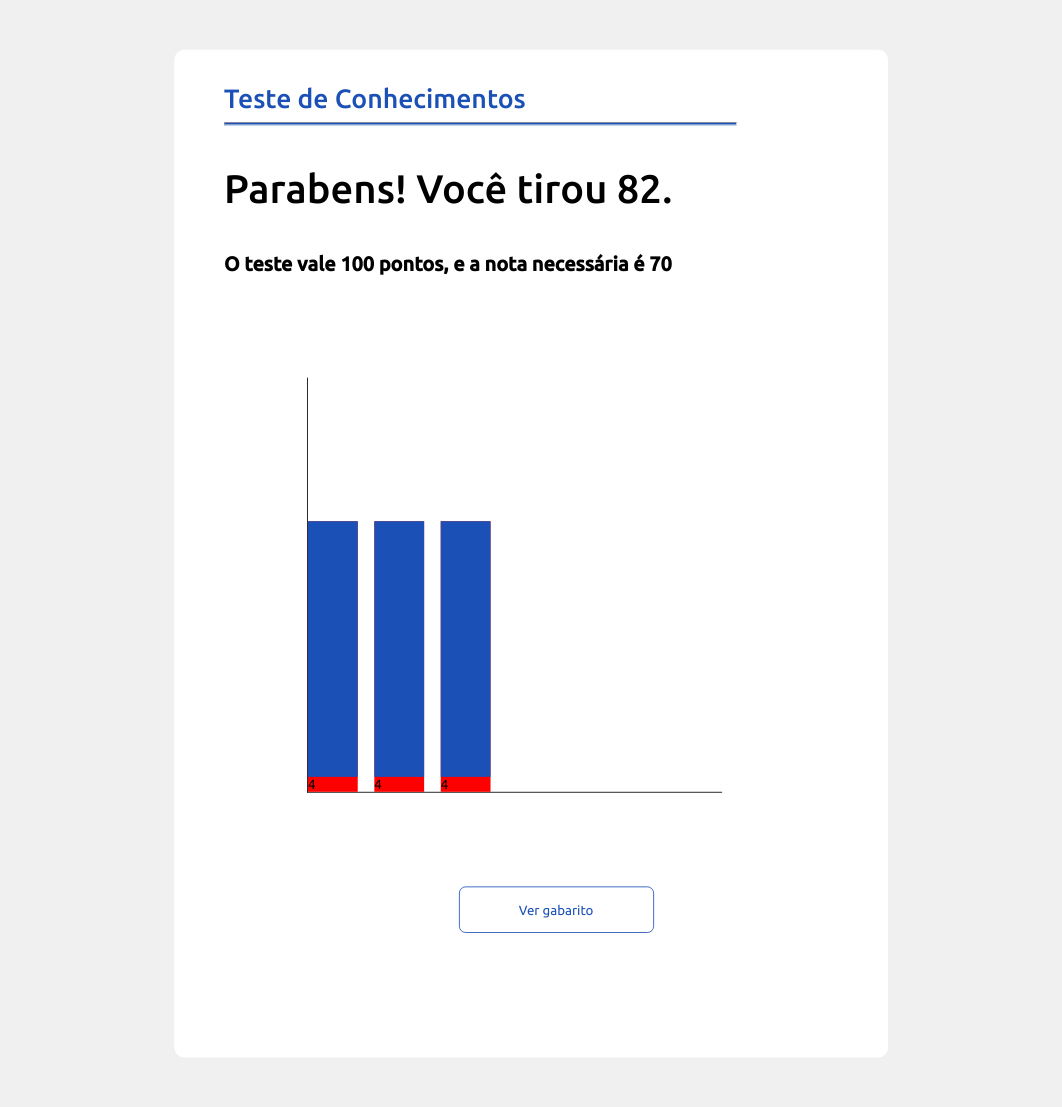
Repository: Delei09/desafioPerguntas
Page: /resultado (app in frontend/)
The author's editor kept a copy of each file at every save. The page is drawn from the files as they stood at one save, then again after the next save.
The browser window is 1280 px wide. The pictures show the whole page, at 83% of full size.
The project was rebuilt for these pictures with package versions that can differ from the ones it lists, and the page was loaded fresh each time. A package was used in the major version that the imports need, not the one package.json lists. Also part of the build but not shown: frontend/src/styles/home.scss, frontend/src/page/Home.tsx, frontend/src/styles/gabarito.scss, frontend/src/page/Gabarito.tsx.

Above is the page before, as saved 2021-08-19 08:38:31.

### frontend/public/index.html
<!DOCTYPE html>
<html lang="Pt-Br">
  <head>
    <meta charset="utf-8" />
    <meta name="viewport" content="width=device-width, initial-scale=1" />
    <meta name="theme-color" content="#000000" />
    <link rel="preconnect" href="https://fonts.googleapis.com">
    <link rel="preconnect" href="https://fonts.gstatic.com" crossorigin>
    <link href="https://fonts.googleapis.com/css2?family=Ubuntu:wght@400;500&display=swap" rel="stylesheet">

    <title>Desafio Inatel</title>
  </head>
  <body>
    <noscript>You need to enable JavaScript to run this app.</noscript>
    <div id="root"></div>
  </body>
</html>

### frontend/src/index.tsx
import React from 'react';
import ReactDOM from 'react-dom';
import App from './App';
import './styles/global.scss'

ReactDOM.render(
  <React.StrictMode>
    <App />
  </React.StrictMode>,
  document.getElementById('root')
);

### frontend/src/App.tsx
import Rotas from './Rotas';
import ContextPerguntas  from './contexto/PerguntasContext';
import {BrowserRouter } from 'react-router-dom'


const perguntasMatematica= [  {
  pergunta: 'Quanto é 2 + 2?',
  options: [
    "1",
    "2",
    "4",
  ],
  resposta: "4",
  id: 'p1',
},{
  pergunta: 'Quanto é 2 x 2?',
  options: [
    "0",
    "1",
    "4",
  ],
  resposta: "4",
  id: 'p2',
},{
  pergunta: 'Quanto é 10 x 10?',
  options: [
    "0",
    "10",
    "100",
  ],
  resposta: "100",
  id: 'p3',
},{
  pergunta: 'Quanto é 10 - 10?',
  options: [
    "0",
    "10",
    "100",
  ],
  resposta: "0",
  id: 'p4',
}]

const perguntasHistoria= [  {
  pergunta: 'Na mitologia grega, Ares é considerado o deus da?',
  options: [
    "Morte",
    "Guerra",
    "Familia",
  ],
  resposta: "Guerra",
  id: 'p1',
},{
  pergunta: 'Como é chamada a Conjuração Baiana?',
  options: [
    "Revolta dos Alfaiates",
    "Guerra da Cisplatina",
    "Balaiada",
  ],
  resposta: "Revolta dos Alfaiates",
  id: 'p2',
},{
  pergunta: 'Uma das grandes descobertas do período Paleolítico foi?',
  options: [
    "O fogo",
    "A roda",
    "O sedentarismo",
  ],
  resposta: "O fogo",
  id: 'p3',
},{
  pergunta: 'Evento que marca o inicio da Idade Antiga?',
  options: [
    "A invenção da escrita",
    "A descoberta do fogo",
    "A invenção da roda",
  ],
  resposta: "A invenção da escrita",
  id: 'p4',
}]


const perguntasGeografia= [  {
  pergunta: 'Qual é a capital do Acre?',
  options: [
    "Rio Branco",
    "Rio de janeiro",
    "Palmas",
  ],
  resposta: "Rio Branco",
  id: 'p1',
},{
  pergunta: 'O Brasil é de qual continente?',
  options: [
    "America do norte",
    "America do sul",
    "Europa",
  ],
  resposta: "America do sul",
  id: 'p2',
},{
  pergunta: 'Qual a capital da Guatemala?',
  options: [
    "Guatemala",
    "Lisboa",
    "Madagascar",
  ],
  resposta: "Guatemala",
  id: 'p3',
},{
  pergunta: 'Quantos países tem a América?',
  options: [
    "37",
    "50",
    "23",
  ],
  resposta: "37",
  id: 'p4',
}]

function App() {


  return (
    <div className="App">
      <BrowserRouter>
        <ContextPerguntas.Provider  value = { {perguntasMatematica, perguntasHistoria, perguntasGeografia } } >
            <Rotas />
      </ContextPerguntas.Provider>
      </BrowserRouter>

    </div>
  );
}

export default App;

### frontend/src/styles/global.scss
*{
 margin:0;
 padding:0;
 box-sizing: border-box;
 text-decoration: none;
}
body{
 font-family: 'Ubuntu', sans-serif;
 background: #F0F0F0;

}
.App{
 padding-left: 60px ;
 padding-top: 40px;
 background: #FFFFFF;
 max-width: 860px;
 height: 100%;
 min-height: 500px;
 border-radius: 12px;
 margin:60px auto;
}


input[type='radio'] {
all: unset;
content: '';
position: relative;
padding:0px 5px;
background-color: white;
border: solid #222222 3px;
margin-right: 5px;

}
input[type='radio']:checked {
 content: 's';
 color: white;
background-origin: border-box;
 background-image: url('../img/backgroundRadio.png');
 background-position: center;
 background-repeat: space;
 background-size: 18px;


 }

### frontend/src/Rotas.tsx
import React from 'react';
import { useState } from 'react';
import Home from './page/Home';
import { Route, Switch  } from 'react-router-dom'
import Resultado from './page/Resultado';
import Gabarito from './page/Gabarito';
import ContextResposta from './contexto/RespostaContext';

type perguntaType =  {

    p1 : string,
    p2 : string,
    p3 : string,
    p4 : string

   }

const Rotas = () => {

 const [respMat, setRespMat] = useState<perguntaType>({} as perguntaType)
 const [respHis, setRespHis] = useState<perguntaType>({} as perguntaType)
 const [respGeo, setRespGeo] = useState<perguntaType>({} as perguntaType)
console.log(respGeo)
 return(

    <Switch>
        <ContextResposta.Provider value = {{ respMat , respHis , respGeo }} >
            <Route exact  path = '/'>
                <Home setMat = {setRespMat} setHis = {setRespHis}  setGeo = {setRespGeo} />
            </Route>
            <Route  path = '/resultado'>
                <Resultado />
            </Route>
            <Route  path = '/gabarito'>
                <Gabarito />
            </Route>
      </ContextResposta.Provider>
  </Switch>

 )
} ;

export default Rotas;

### frontend/src/contexto/PerguntasContext.ts
import { createContext} from 'react'

type perguntaType =  {
 pergunta: string;
 options: string[];
 resposta: string;
 id: string;
}[]

type contextType = {
 perguntasHistoria : perguntaType,
 perguntasMatematica : perguntaType,
 perguntasGeografia : perguntaType,
}
const ContextPerguntas   = createContext<contextType>( {} as contextType)
export default ContextPerguntas

### frontend/src/page/Resultado.tsx
import React from 'react'
import ContainerMain from '../components/ContainerMain'
import Header from '../components/Header'
import '../styles/resultado.scss'
import  ContextResposta  from '../contexto/RespostaContext'
import { useContext } from 'react'
import ContextPerguntas from '../contexto/PerguntasContext'


const Resultado = () => {

const { respGeo, respHis, respMat} = useContext(ContextResposta)
const { perguntasGeografia, perguntasHistoria, } = useContext(ContextPerguntas)
console.log(respGeo, respHis, respMat)
 return(
  <div className = 'divResultado'>
     <Header titulo = 'Teste de Conhecimentos' />
     <h2 className = 'h2Resultado'>Parabens! Você tirou 82.</h2>
     <ContainerMain titulo = 'O teste vale 100 pontos, e a nota necessária é 70'>
          <div className= 'divResultadoGrafico'>

                 <div> <div className = 'graficoMat'></div>  4 </div>
                 <div> <div className = 'graficoHis'></div>  4 </div>
                 <div> <div className = 'graficoGeo'></div>  4 </div>


          </div>

          <a href = '/gabarito' className= 'linkResultado'>Ver gabarito</a>
     </ContainerMain>

 </div>
 )
}

export default Resultado

### frontend/src/contexto/RespostaContext.ts
import { createContext} from 'react'

type perguntaType =  {

 p1 : string,
 p2 : string,
 p3 : string,
 p4 : string

}

type contextType = {
 respHis : perguntaType,
 respMat : perguntaType,
 respGeo : perguntaType,
}
const ContextResposta   = createContext<contextType>( {} as contextType)
export default ContextResposta

### frontend/src/components/Header.tsx
import React from 'react';
import '../styles/header.scss'


type headerType = {
 titulo: string;
}


const Header = (props : headerType) => {

 return(
  <header className="headerApp">
   {props.titulo}
   <hr className="headerLinha"/>
  </header>
 )
} ;

export default Header

### frontend/src/components/ContainerMain.tsx
import React from 'react';
import '../styles/containerMain.scss'

type mainType = {
 titulo : string
}


const Main: React.FC<mainType> = ({...props}) => {

 return(
  <section>
       <h2>{props.titulo}</h2>
       <div>
          {props.children}
       </div>

  </section>
 )
} ;

export  default Main;

### frontend/src/styles/resultado.scss
.divResultado{
  display: flex;
  flex-direction: column;
}
.divResultadoGrafico{
 border:solid  black 1px ;
 border-top: none;
 border-right: none;
 width: 500px;
 height: 500px;
 margin-top: 98px;
 margin-left: 100px;
 margin-bottom: 98px;
 display: flex;
 align-items: flex-end;
 gap: 20px;
  div{
    background-color: red;;
  }
  .graficoMat{
    width: 60px;
    background-color: #1B50B6;
    height: 308px
 }
 .graficoGeo{
  width: 60px;
  background-color: #1B50B6;
  height: 308px
}
.graficoHis{
  width: 60px;
  background-color: #1B50B6;
  height: 308px
}

}
.linkResultado{
 color: #1B50B6;
 height: 56px;
 width: 235px;
 border-radius: 8px;
 border: 1px solid #1B50B6;
 display: flex;
 align-items: center;
 justify-content: center;
 align-self: center;
 margin-bottom: 150px;

}
.h2Resultado{
 margin-top: 48px ;
 font-family: Ubuntu;
font-size: 48px;
font-style: normal;
font-weight: 500;
line-height: 55px;
letter-spacing: 0em;
text-align: left;

}

### frontend/src/styles/header.scss
.headerApp{
 color: #1B50B6;
 font-size: 32px;
 font-style: normal;
 font-weight: 500;
 line-height: 37px;
 letter-spacing: 0em;
 text-align: left;
 width:100%;
 max-width: 618px;

 hr{
  margin-top:10px ;
  background: #1B50B6;
  height: 4px;
  width: 618px;
 }
}

### frontend/src/styles/containerMain.scss
section{
 display : flex;
 flex-direction: column;
 gap : 24px;

  >div{
   display : flex;
   flex-direction: column;
   gap : 15px;
   h4{
    margin-bottom: 15px;
   }
  }

 hr{
  background: #C4C4C4;
  height: 1px;
  max-width: 616px;
  margin-top: 22px;
 }
 h2{
  margin-top:51px
 }

}

.mainOpcao{
 display : flex;
 flex-direction: column;
 gap : 22px;
 input{
  margin-right: 5px;
 }
}

After the next save:
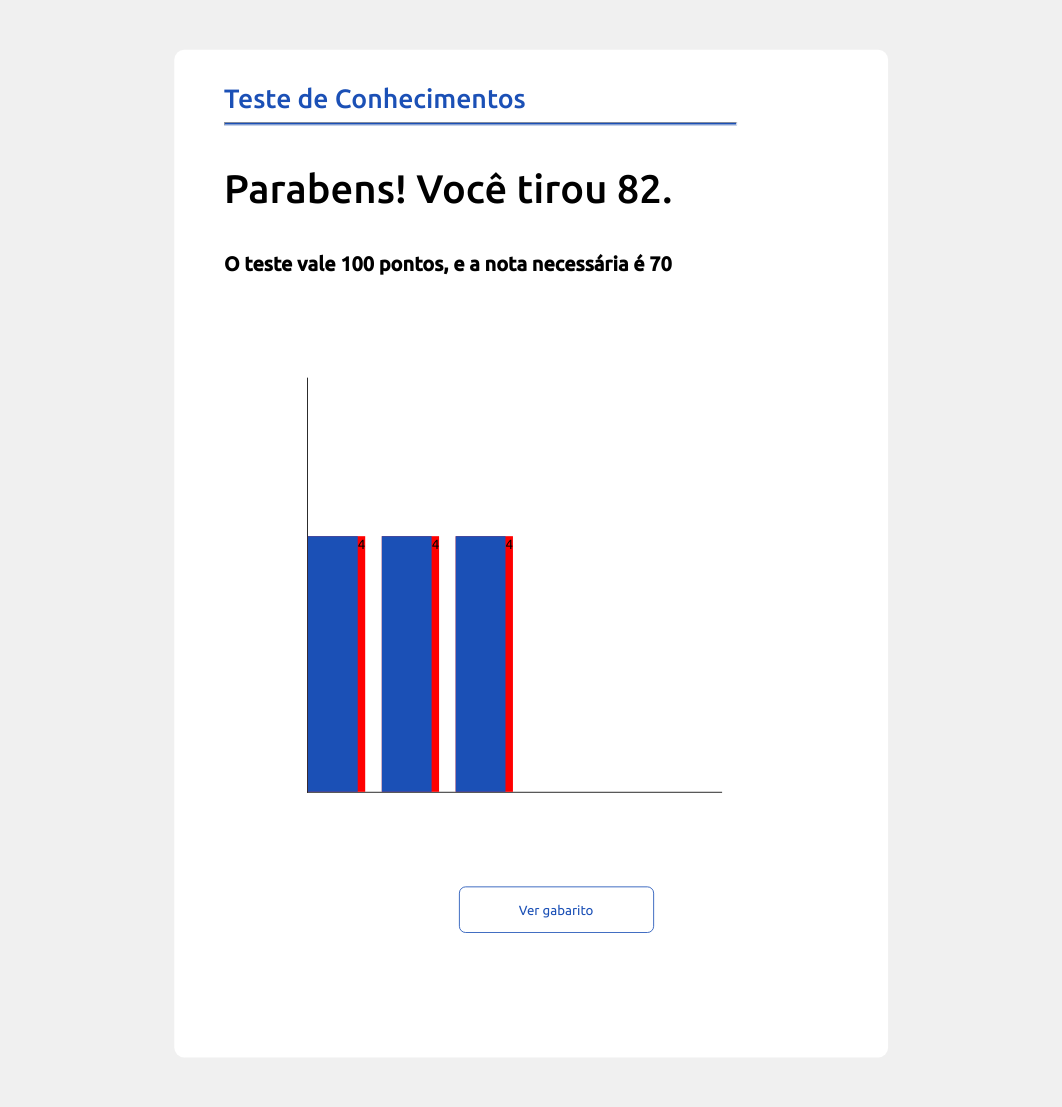
Saved 18 s later.
--- a/frontend/src/styles/resultado.scss
+++ b/frontend/src/styles/resultado.scss
@@ -15,7 +15,8 @@
  align-items: flex-end;
  gap: 20px;
   div{
-    background-color: red;;
+    background-color: red;
+    display: flex;
   }
   .graficoMat{
     width: 60px;
